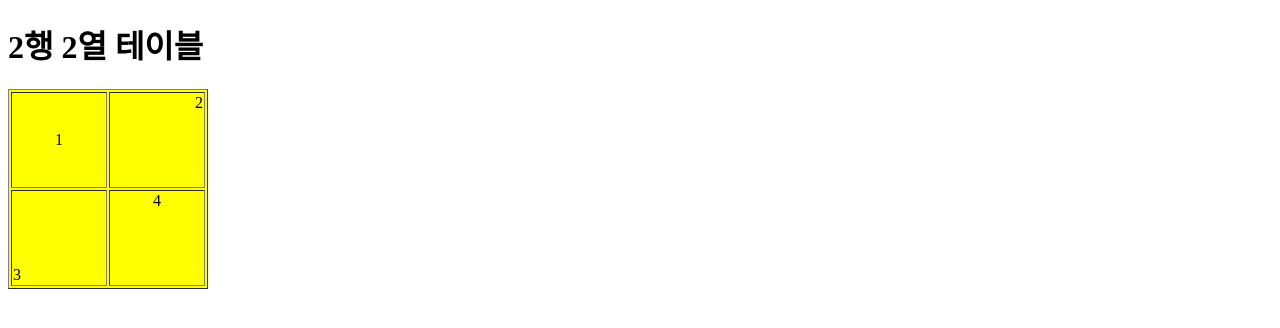
Repository: sungken/htmlProject
Page: ClientTest/src/main/webapp/html/ex15_table.html
These files come from the project's save history. The page is drawn as it stood at one moment and after the next save; the edit follows.
The browser window is 1280 px wide. The pictures show the whole page.

Above is the page before, as saved 2024-03-13 06:18:43.

After the next save:
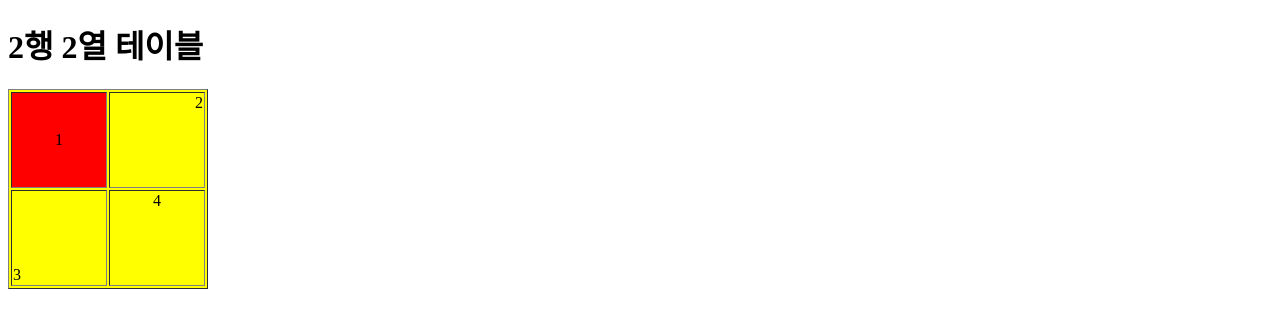
Saved 28 s later.
--- a/ClientTest/src/main/webapp/html/ex15_table.html
+++ b/ClientTest/src/main/webapp/html/ex15_table.html
@@ -33,7 +33,7 @@
 	 <h1>2행 2열 테이블</h1>
 	<table border="1" width="200" height="200" bgcolor="yellow">
 		<tr>
-			<td align="center" valign="middle">1</td>
+			<td align="center" valign="middle" bgcolor="red">1</td>
 			<td align="right" valign="top">2</td>
 		</tr>
 		<tr>
